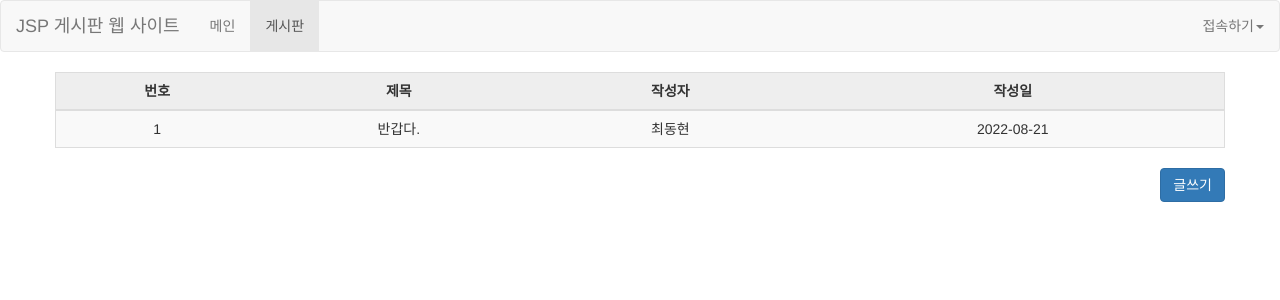
Repository: flown222/JSP_BasicWebsite_Project
Page: http://localhost/BBS/bbs.jsp
The author's editor kept a copy of each file at every save. The page is drawn from the files as they stood at one save, then again after the next save.
The browser window is 1280 px wide. The pictures show the whole page.
The page is served by Tomcat 9.

Above is the page before, as saved 2022-08-21 06:57:54.

After the next save:
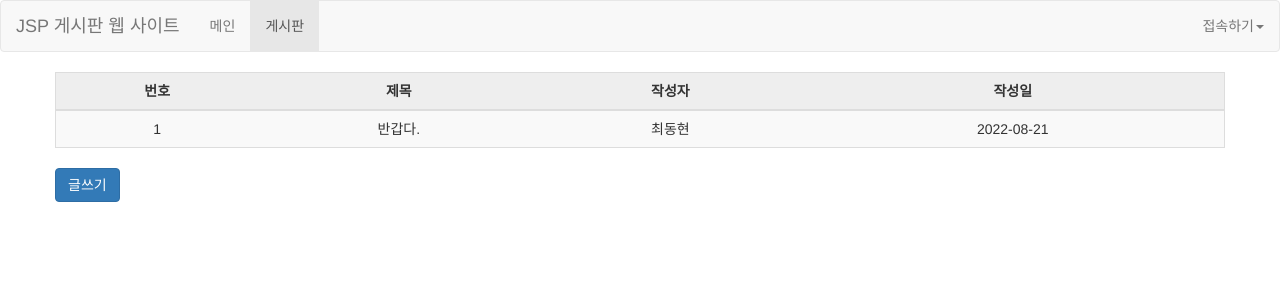
Saved 81 s later.
--- a/projects /BBS/src/main/webapp/bbs.jsp
+++ b/projects /BBS/src/main/webapp/bbs.jsp
@@ -88,7 +88,7 @@
 					</tr>
 				</tbody>
 			</table>
-			<a href= "write.jsp" class="btn btn-primary pull-right">글쓰기</a>
+			<a href= "write.jsp" class="btn btn-primary pull-center">글쓰기</a>
 		</div>
 	</div>
 	<script src="https://code.jquery.com/jquery-3.3.1.min.js"></script>

After the save that followed:
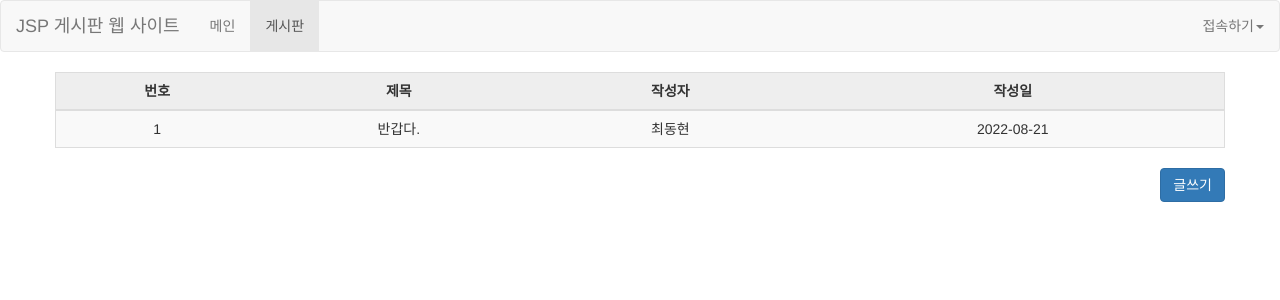
Saved 11 s later.
--- a/projects /BBS/src/main/webapp/bbs.jsp
+++ b/projects /BBS/src/main/webapp/bbs.jsp
@@ -88,7 +88,7 @@
 					</tr>
 				</tbody>
 			</table>
-			<a href= "write.jsp" class="btn btn-primary pull-center">글쓰기</a>
+			<a href= "write.jsp" class="btn btn-primary pull-right">글쓰기</a>
 		</div>
 	</div>
 	<script src="https://code.jquery.com/jquery-3.3.1.min.js"></script>
